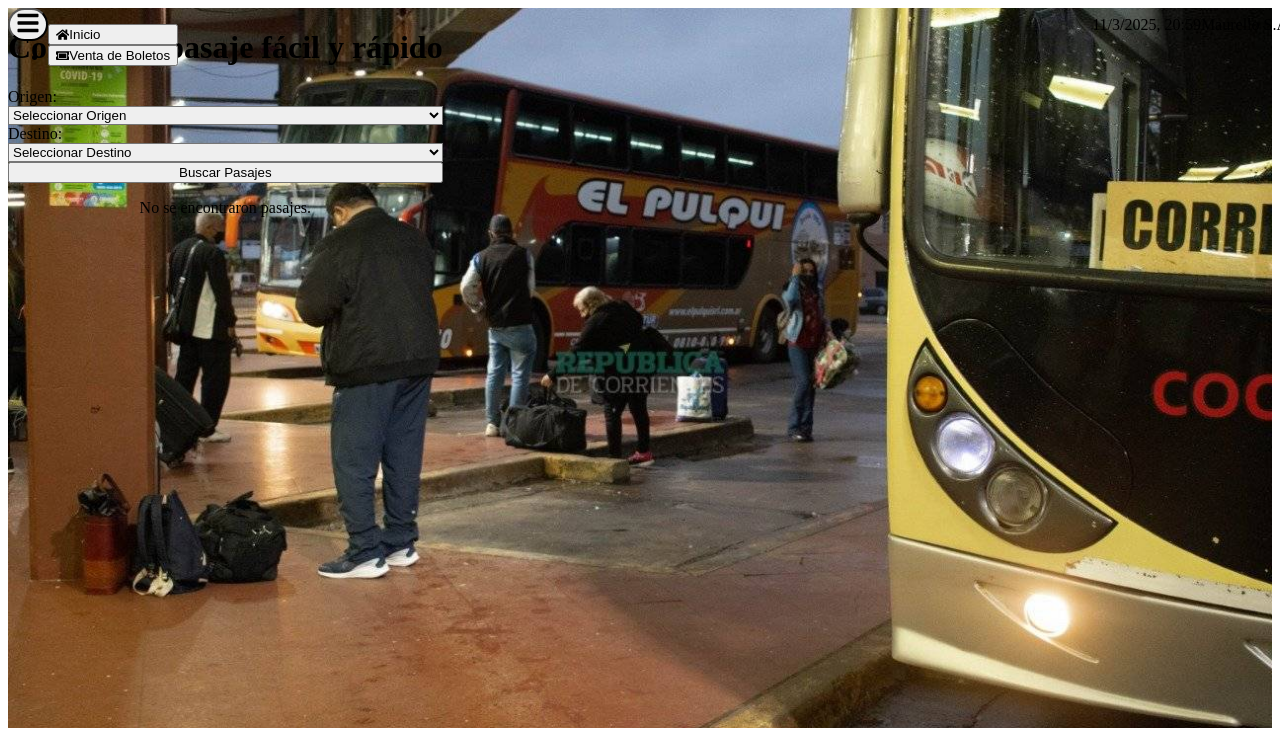
Repository: francoluca35/ventaboletos
Page: /ventaboleto
The author's editor kept a copy of each file at every save. The page is drawn from the files as they stood at one save, then again after the next save.
The browser window is 1280 px wide. The pictures show the whole page.
The project was rebuilt for these pictures with package versions that can differ from the ones it lists, and the page was loaded fresh each time. The framework's server and built-in components were replaced by stand-ins that run in the browser. Also part of the build but not shown: next.config.mjs.

Above is the page before, as saved 2025-03-17 18:42:40.

After the next save:
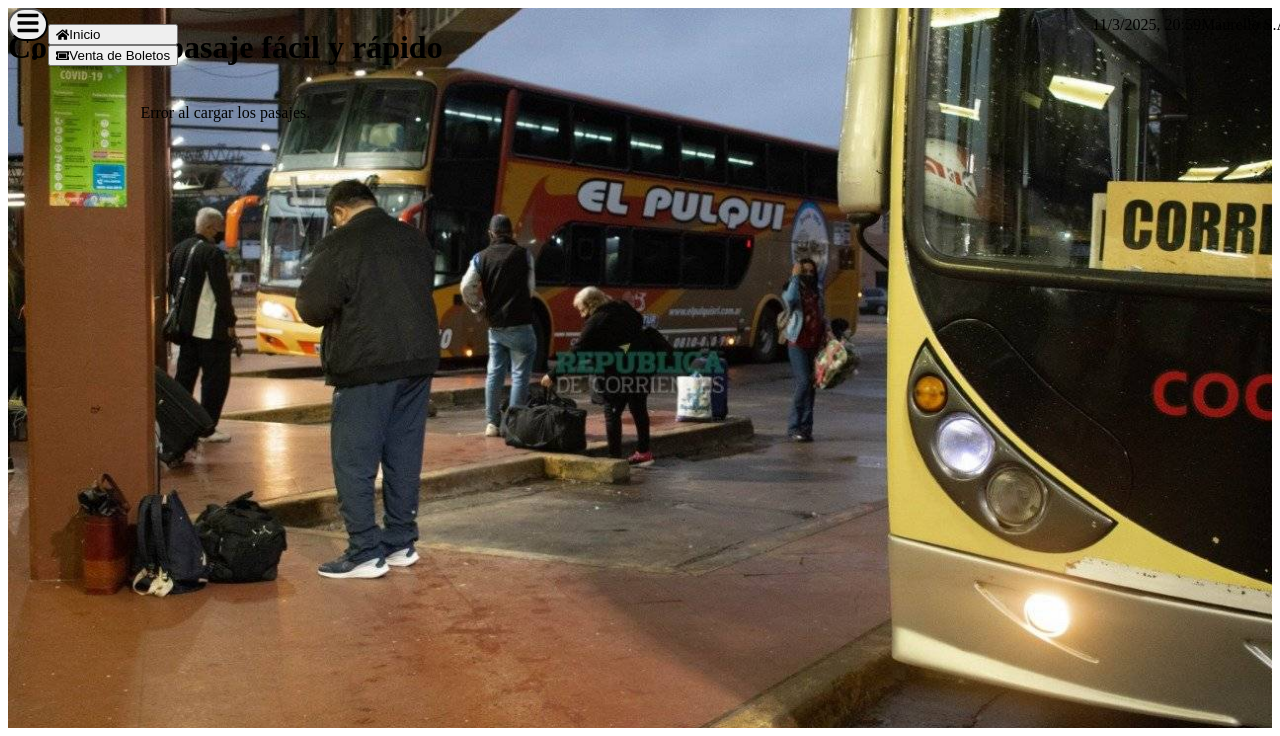
Saved 19 s later.
--- a/src/app/ventaboleto/page.js
+++ b/src/app/ventaboleto/page.js
@@ -1,39 +1,21 @@
 "use client";
 
-import { useState, useEffect } from "react";
+import { useState } from "react";
 import { useRouter } from "next/navigation";
 import Sidebar from "@/app/components/Sidebar";
-import { collection, getDocs } from "firebase/firestore";
-import { db } from "../../../backend/firebase.config.mjs"; // Importamos Firestore
+import { useFetchTickets } from "@/hooks/useFetchTickets";
 
 export default function VentaBoleto() {
+  const { tickets, origenes, destinos, loading, error } = useFetchTickets();
   const [origen, setOrigen] = useState("");
   const [destino, setDestino] = useState("");
   const [horario, setHorario] = useState("");
-  const [pasajes, setPasajes] = useState([]);
-  const [origenesDisponibles, setOrigenesDisponibles] = useState([]);
-  const [destinosDisponibles, setDestinosDisponibles] = useState([]);
   const [resultados, setResultados] = useState([]);
   const [cantidadBoletos, setCantidadBoletos] = useState({});
   const router = useRouter();
 
-  useEffect(() => {
-    const obtenerPasajes = async () => {
-      try {
-        const querySnapshot = await getDocs(collection(db, "tickets"));
-        const tickets = querySnapshot.docs.map(doc => ({ id: doc.id, ...doc.data() }));
-        setPasajes(tickets);
-        setOrigenesDisponibles([...new Set(tickets.map(ticket => ticket.origen))]);
-        setDestinosDisponibles([...new Set(tickets.map(ticket => ticket.destino))]);
-      } catch (error) {
-        console.error("Error al cargar viajes:", error);
-      }
-    };
-    obtenerPasajes();
-  }, []);
-
   const buscarPasajes = () => {
-    const resultadosFiltrados = pasajes.filter(ticket =>
+    const resultadosFiltrados = tickets.filter(ticket =>
       (origen ? ticket.origen === origen : true) &&
       (destino ? ticket.destino === destino : true) &&
       (horario ? ticket.horario === horario : true)
@@ -53,49 +35,64 @@
         <h1 className="text-white text-4xl font-bold mb-6">Compra tu pasaje fácil y rápido</h1>
 
         <div className="bg-white p-6 rounded-lg shadow-lg w-full max-w-2xl">
-          <div className="grid grid-cols-1 md:grid-cols-2 gap-4">
-            <div>
-              <label className="block text-gray-700">Origen:</label>
-              <select className="w-full p-2 border rounded" value={origen} onChange={(e) => setOrigen(e.target.value)}>
-                <option value="">Seleccionar Origen</option>
-                {origenesDisponibles.map((origen, index) => (
-                  <option key={index} value={origen}>{origen}</option>
-                ))}
-              </select>
-            </div>
+          {loading && <p className="text-gray-700 text-center">Cargando pasajes...</p>}
+          {error && <p className="text-red-600 text-center">{error}</p>}
 
-            <div>
-              <label className="block text-gray-700">Destino:</label>
-              <select className="w-full p-2 border rounded" value={destino} onChange={(e) => setDestino(e.target.value)}>
-                <option value="">Seleccionar Destino</option>
-                {destinosDisponibles.map((destino, index) => (
-                  <option key={index} value={destino}>{destino}</option>
-                ))}
-              </select>
-            </div>
-          </div>
+          {!loading && !error && (
+            <>
+              <div className="grid grid-cols-1 md:grid-cols-2 gap-4">
+                <div>
+                  <label className="block text-gray-700">Origen:</label>
+                  <select className="w-full p-2 border rounded" value={origen} onChange={(e) => setOrigen(e.target.value)}>
+                    <option value="">Seleccionar Origen</option>
+                    {origenes.map((origen, index) => (
+                      <option key={index} value={origen}>{origen}</option>
+                    ))}
+                  </select>
+                </div>
 
-          <button onClick={buscarPasajes} className="w-full bg-blue-600 text-white p-3 rounded mt-4">Buscar Pasajes</button>
+                <div>
+                  <label className="block text-gray-700">Destino:</label>
+                  <select className="w-full p-2 border rounded" value={destino} onChange={(e) => setDestino(e.target.value)}>
+                    <option value="">Seleccionar Destino</option>
+                    {destinos.map((destino, index) => (
+                      <option key={index} value={destino}>{destino}</option>
+                    ))}
+                  </select>
+                </div>
+              </div>
 
-          <div className="mt-6">
-            {resultados.length > 0 ? (
-              <ul className="space-y-4">
-                {resultados.map((ticket, index) => (
-                  <li key={index} className="p-4 border rounded shadow flex justify-between items-center bg-gray-100">
-                    <div>
-                      <p><strong>Origen:</strong> {ticket.origen}</p>
-                      <p><strong>Destino:</strong> {ticket.destino}</p>
-                      <p><strong>Horario:</strong> {ticket.hora}</p>
-                      <p><strong>Precio:</strong> ${ticket.precio}</p>
-                    </div>
-                    <button onClick={() => handleCompra(ticket)} className="bg-green-600 text-white p-2 rounded">Comprar Pasaje</button>
-                  </li>
-                ))}
-              </ul>
-            ) : (
-              <p className="text-red-600 text-center mt-4">No se encontraron pasajes.</p>
-            )}
-          </div>
+              <button onClick={buscarPasajes} className="w-full bg-blue-600 text-white p-3 rounded mt-4">Buscar Pasajes</button>
+
+              <div className="mt-6">
+                {resultados.length > 0 ? (
+                  <ul className="space-y-4">
+                    {resultados.map((ticket, index) => (
+                      <li key={index} className="p-4 border rounded shadow flex justify-between items-center bg-gray-100">
+                        <div>
+                          <p><strong>Origen:</strong> {ticket.origen}</p>
+                          <p><strong>Destino:</strong> {ticket.destino}</p>
+                          <p><strong>Horario:</strong> {ticket.hora}</p>
+                          <p><strong>Precio:</strong> ${ticket.precio}</p>
+                          <label className="block mt-2">Cantidad de boletos:</label>
+                          <input
+                            type="number"
+                            min="1"
+                            value={cantidadBoletos[ticket.id] || 1}
+                            onChange={(e) => setCantidadBoletos({ ...cantidadBoletos, [ticket.id]: e.target.value })}
+                            className="border rounded p-1 w-16"
+                          />
+                        </div>
+                        <button onClick={() => handleCompra(ticket)} className="bg-green-600 text-white p-2 rounded">Comprar Pasaje</button>
+                      </li>
+                    ))}
+                  </ul>
+                ) : (
+                  <p className="text-red-600 text-center mt-4">No se encontraron pasajes.</p>
+                )}
+              </div>
+            </>
+          )}
         </div>
       </div>
     </div>
